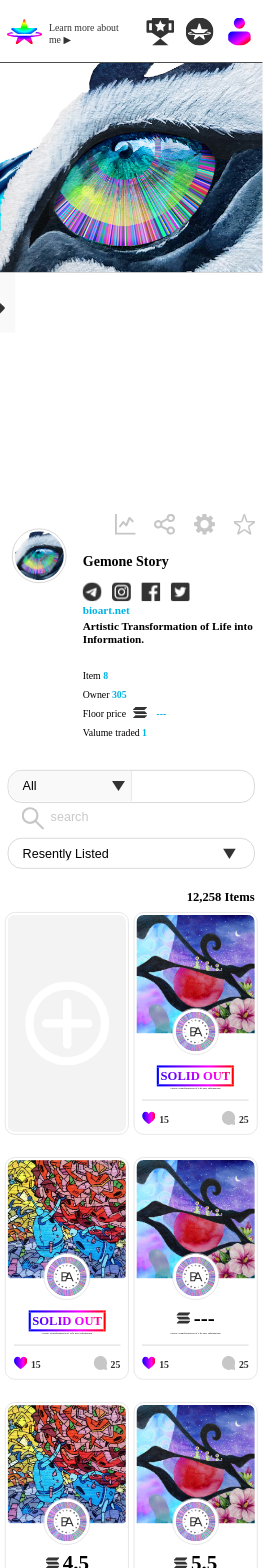
Repository: superHotBob/bioart
Page: /myplanets
The author's editor kept a copy of each file at every save. The page is drawn from the files as they stood at one save, then again after the next save.
The browser window is 375 px wide. The pictures show the part of the page from y = 0 to 2240 px (the page is 2996 px tall), at 70% of full size.
Some web fonts or font styles are not loaded; a fallback is used. The project was rebuilt for these pictures with package versions that can differ from the ones it lists, and the page was loaded fresh each time. Some packages were replaced by stand-ins written for this rebuild. The framework's server and built-in components were replaced by stand-ins that run in the browser. Also part of the build but not shown: next.config.js.

Above is the page before, as saved 2022-04-05 17:12:14.

After the next save:
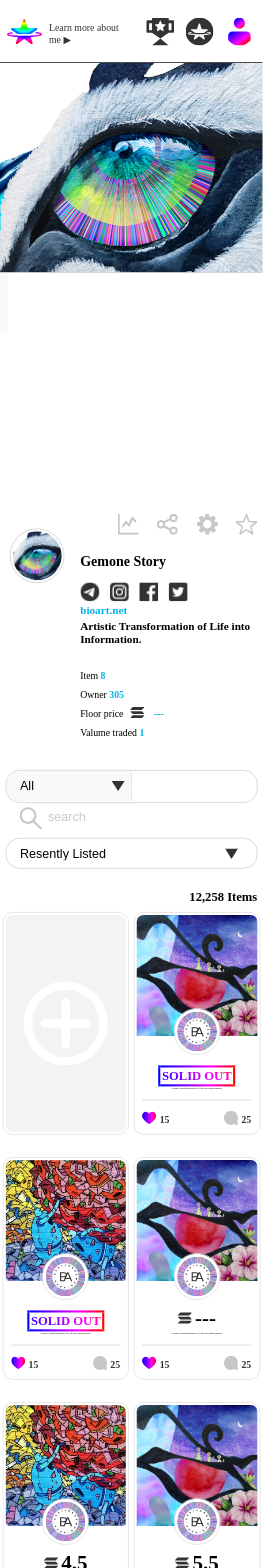
Saved 2 min 5 s later.
--- a/pages/myplanets.js
+++ b/pages/myplanets.js
@@ -876,14 +876,15 @@ export default function Explore() {
           }
           @media screen and (max-width: 550px) {
             .main {
-              width: 94%;
+              width: 100%;
               flex-direction: column;
               margin: 0 auto;
             }
             .items {
               border: none;
               padding: 0;
-              width: 100%;
+              width: 96%;
+              margin: 0 auto;
             }
             .header__image {
               background: url("/planet_top_bg.jpg") center / cover no-repeat;
